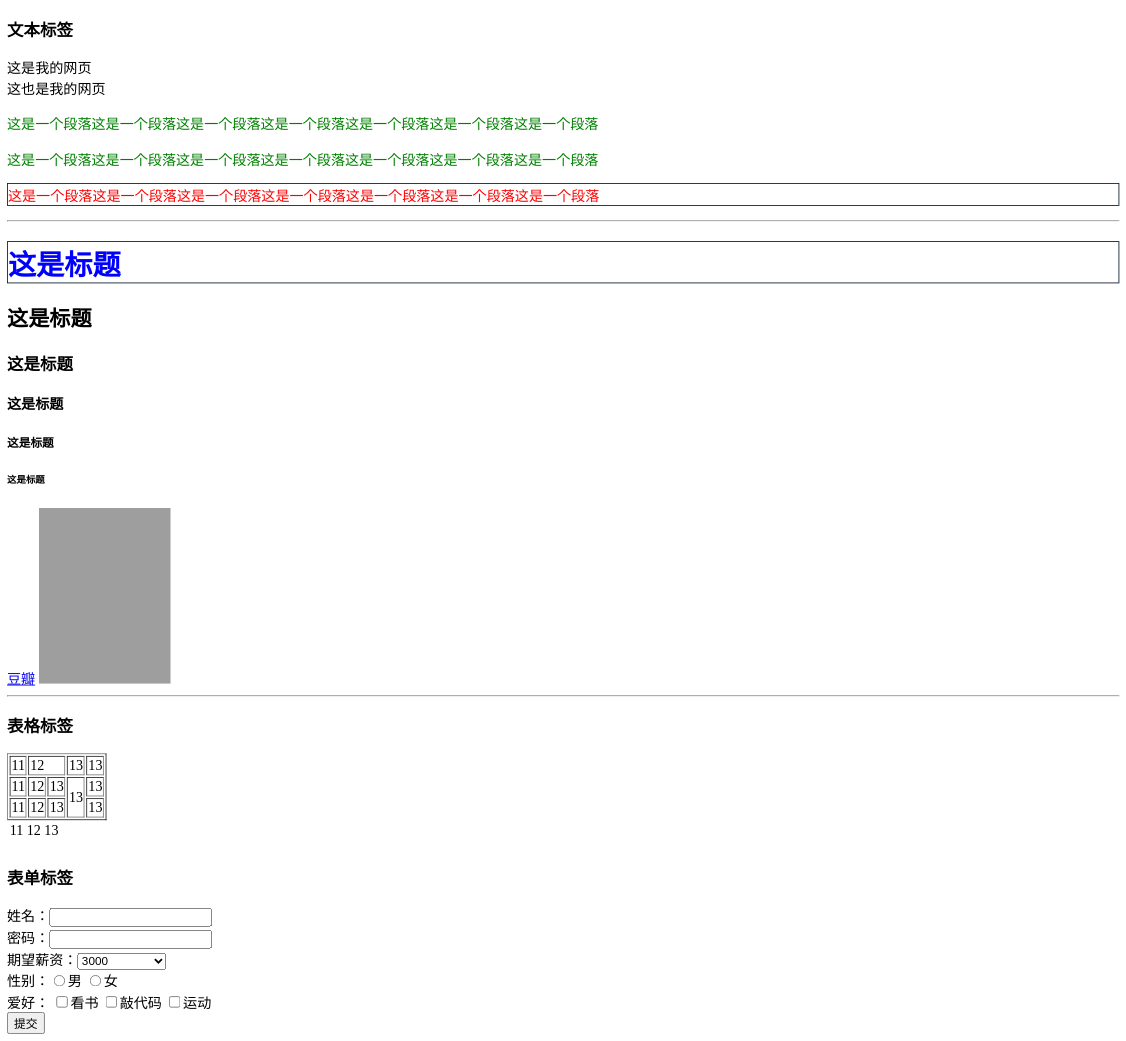
Repository: Jiege005/mytest-software-project
Page: mytest/WebContent/NewFile.html
An editor plug-in stored every save of this project. The page is shown before and after the next save, followed by the edit.
The browser window is 1280 px wide. The pictures show the whole page, at 88% of full size.
Pictures or frames that could not be fetched are drawn as grey boxes.

Above is the page before, as saved 2025-06-17 08:00:29.

### mytest/WebContent/NewFile.html
<!DOCTYPE html>
<html lang="en">
	<head>
		<meta charset="UTF-8">
		<title>我的网页</title>
	    <!-- 标签选择器 -->
		<style type="text/css">
			#p1{
				color: green;
			}
			p{
				color: red;
			}
			.c{
				color: blue;
				border: 1px solid #123;
			}
		</style>


		 <!-- 引入外部css文件 -->
		 <link rel="stylesheet" type="text/css" href="css/index.css">
	</head>
	<body>
		<!-- 文本标签 -->
		<h3>文本标签</h3>
		这是我的网页<br>这也是我的网页 <br>
		<p id="p1">这是一个段落这是一个段落这是一个段落这是一个段落这是一个段落这是一个段落这是一个段落</p>
		<p id="p1">这是一个段落这是一个段落这是一个段落这是一个段落这是一个段落这是一个段落这是一个段落</p>
		<p class="c" style="color: red;">这是一个段落这是一个段落这是一个段落这是一个段落这是一个段落这是一个段落这是一个段落</p>
		<hr>
		<h1 class="c">这是标题</h1>
		<h2>这是标题</h2>
		<h3>这是标题</h3>
		<h4>这是标题</h4>
		<h5>这是标题</h5>
		<h6>这是标题</h6>
		<a href="https://www.douban.com/" target="_blank">豆瓣</a>
		<a href="https://movie.douban.com/subject/36247731/?from=showing" target="_blank">
			<img alt="电影" title="驯龙高手" src="images/img1.png" width="150" height="200">
		</a>

		<hr>
		<h3>表格标签</h3>
		<table border="1">
			<tr>
				<td>11</td>
				<td colspan="2">12</td>
				<td>13</td>
				<td>13</td>
			</tr>
			<tr>
				<td>11</td>
				<td>12</td>
				<td>13</td>
				<td rowspan="2">13</td>
				<td>13</td>
			</tr>
			<tr>
				<td>11</td>
				<td>12</td>
				<td>13</td>
				<td>13</td>
			</tr>
		</table>

		<table class="table table-hover">
  			<!-- On rows -->
			<tr class="active">
				<td>11</td>
				<td>12</td>
				<td>13</td>
			</tr>
			<tr class="success"></tr>
			<tr class="warning"></tr>
			<tr class="danger"></tr>
			<tr class="info"></tr>


		</table>

		<h3>表单标签</h3>
		<form action="other.html">
			姓名：<input type="text" name="name"><br>
			密码：<input type="password" name="password"><br>
			期望薪资：<select>
						<option>3000</option>
						<option>3000-6000</option>
						<option>6000-10000</option>
						<option>10000-20000</option>
						<option>越多越好</option>
			         </select><br>
                        性别：<input type="radio" name="sex" id="boy"><label for="boy">男</label>
                 <input type="radio" name="sex" id="girl"><label for="girl">女</label><br>
			爱好： <input type="checkbox" name="hobby">看书
			      <input type="checkbox" name="hobby">敲代码
			      <input type="checkbox" name="hobby">运动<br>
			<input type="submit" value="提交">
		</form>

	</body>
</html>

### mytest/WebContent/css/index.css
#p1{
	color: green;
}
p{
	color: red;
}
.c{
	color: blue;
}

After the next save:
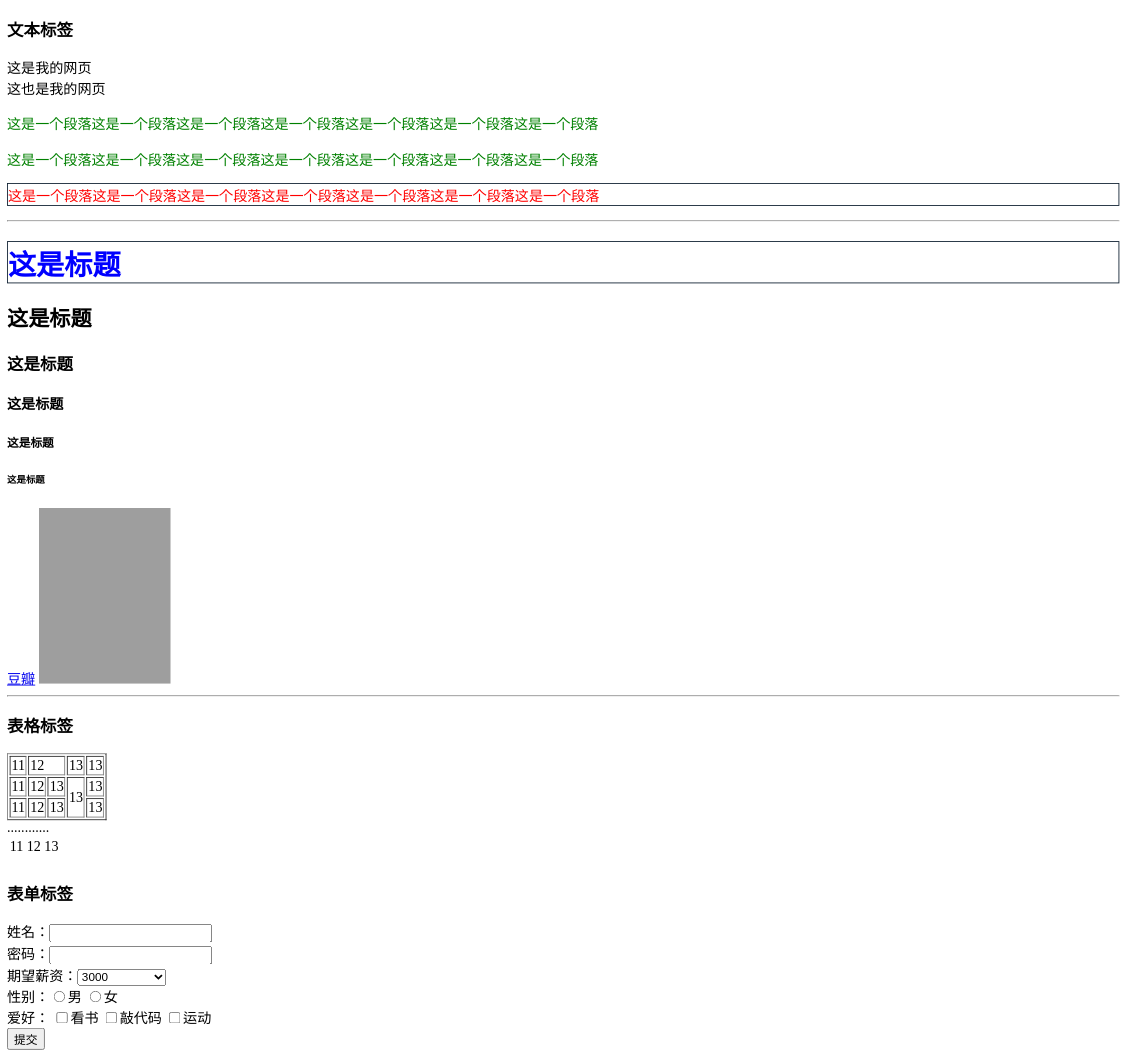
Saved 11 s later.
--- a/mytest/WebContent/NewFile.html
+++ b/mytest/WebContent/NewFile.html
@@ -71,10 +71,10 @@
 				<td>12</td>
 				<td>13</td>
 			</tr>
-			<tr class="success"></tr>
-			<tr class="warning"></tr>
-			<tr class="danger"></tr>
-			<tr class="info"></tr>
+			<tr class="success">...</tr>
+			<tr class="warning">...</tr>
+			<tr class="danger">...</tr>
+			<tr class="info">...</tr>
 
 
 		</table>
